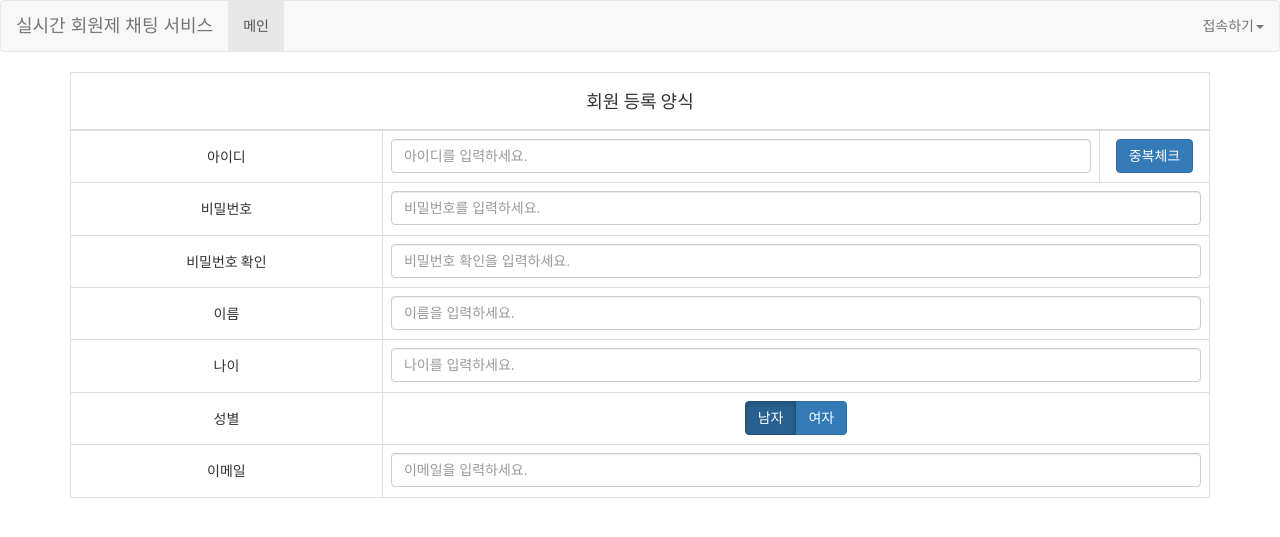
Repository: pojh5090/membership
Page: http://localhost/UserChat/join.jsp
These files come from the project's save history. The page is drawn as it stood at one moment and after the next save; the edit follows.
The browser window is 1280 px wide. The pictures show the whole page.
Some web fonts or font styles are not loaded; a fallback is used. Some web libraries are served in a nearby version. The page is served by Tomcat 9. Nobody is signed in. The application's start-up code is not run. Other server files are loaded and not shown.

Above is the page before, as saved 2020-03-25 06:41:29.

### UserChat/WebContent/join.jsp
<%@ page language="java" contentType="text/html; charset=UTF-8"
    pageEncoding="UTF-8"%>
<!DOCTYPE html>
<html>
<head>
	<meta http-equiv="Content-Type" content="text/html; charset=UTF-8">
	<meta name="viewport" content="width=device-width, initial-scale=1">
	<link rel="stylesheet" href="css/bootstrap.css">
	<link rel="stylesheet" href="css/custom.css">
	<title>JSP Ajax 실시간 회원제 채팅 서비스</title>
	<script src="http://code.jquery.com/jquery-3.1.1.min.js"></script>
	<script src="js/bootstrap.js"></script>
</head>
<body>
	<%
		String userID = null;
		if (session.getAttribute("userID") != null) {
			userID = (String) session.getAttribute("userID");
		}
	%>
	<nav class="navbar navbar-default">
		<div class="navbar-header">
			<button type="collapse" class="navbar-toggle collapsed"
				data-toggle="collapse" data-target="#bs-example-navbar-collapse-1"
				aria-expanded="false">
				<span class="icon-bar"></span>
				<span class="icon-bar"></span>
				<span class="icon-bar"></span>
			</button>
			<a class="navbar-brand" href="index.jsp">실시간 회원제 채팅 서비스</a>
		</div>
		<div class="collapse navbar-collapse" id="#bs-example-navbar-collapse-1">
			<ul class="nav navbar-nav">
				<li class="active"><a href="index.jsp">메인</a>
			</ul>
			<%
				if(userID == null) {
			%>
			<ul class="nav navbar-nav navbar-right">
				<li class="dropdown">
					<a href="#" class="dropdown-toggle"
						data-toggle="dropdown" role="button" aria-haspopup="true"
						aria-expanded="false">접속하기<span class="caret"></span>
					</a>
					<ul class="dropdown-menu">
						<li><a href="login.jsp">로그인</a></li>
						<li><a href="join.jsp">회원가입</a></li>
					</ul>
				</li>
			</ul>
			<%
				} else {
			%>
			<ul class="nav navbar-nav navbar-right">
				<li class="dropdown">
					<a href="#" class="dropdown-toggle"
						data-toggle="dropdown" role="button" aria-haspopup="true"
						aria-expanded="false">회원관리<span class="caret"></span>
					</a>
				</li>
			</ul>
			<%
				}
			%>
			</div>
		</nav>
		<div class="container">
			<form method="post" action="./userRegister"></form>
				<table class="table table-bordered table-hover" style="text-align: center; border: 1px solid #dddddd">
					<thead>
						<tr>
							<td colspan="3"><h4>회원 등록 양식</h4></td>
						</tr>
					</thead>
					<tbody>
						<tr>
							<td sytle="width: 110px;"><h5>아이디</h5>
							<td><input class="form-control" type="text" id="userID" name="userID" maxlength="20" placeholder="아이디를 입력하세요."></td>
							<td style="width: 110px;"><button class="btn btn-primary" onclick="registerCheckFunction();" type="button">중복체크</button>
						</tr>
						<tr>
							<td sytle="width: 110px;"><h5>비밀번호</h5>
							<td colspan="2"><input onkeyup="passwordCheckFunction();" class="form-control" id="userPassword1" type="password" name="userPassword1" maxlength="20" placeholder="비밀번호를 입력하세요."></td>
						</tr>
						<tr>
							<td sytle="width: 110px;"><h5>비밀번호 확인</h5>
							<td colspan="2"><input onkeyup="passwordCheckFunction();" class="form-control" id="userPassword2" type="password" name="userPassword2" maxlength="20" placeholder="비밀번호 확인을 입력하세요."></td>
						</tr>
						<tr>
							<td sytle="width: 110px;"><h5>이름</h5>
							<td colspan="2"><input class="form-control" id="userName" type="text" name="userName" maxlength="20" placeholder="이름을 입력하세요."></td>
						</tr>
						<tr>
							<td sytle="width: 110px;"><h5>나이</h5>
							<td colspan="2"><input class="form-control" id="userAge" type="number" name="userAge" maxlength="20" placeholder="나이를 입력하세요."></td>
						</tr>
						<tr>
							<td sytle="width: 110px;"><h5>성별</h5>
							<td colspan="2">
								<div class="form-group" style="text-align: center; margin: 0 auto;">
									<div class="btn-group" data-toggle="buttons">
										<label class="btn btn-primary active">
											<input type="radio" name="userGender" autocomplete="off" value="남자" checked>남자
										</label>
										<label class="btn btn-primary">
											<input type="radio" name="userGender" autocomplete="off" value="여자">여자
										</label>
									</div>
								</div>
							</td>
						</tr>
						<tr>
							<td sytle="width: 110px;"><h5>이메일</h5>
							<td colspan="2"><input class="form-control" id="userEmail" type="email" name="userEmail" maxlength="20" placeholder="이메일을 입력하세요."></td>
						</tr>
					</tbody>
				</table>
			</form>
		</div>
</body>
</html>

### UserChat/WebContent/css/custom.css
@import url('https://fonts.googleapis.com/css?family=Nanum+Gothic:400,700,800|Noto+Sans+KR:400,500,700,900&display=swap&subset=korean');
* {
	font-family: 'Nanum Gothic', sans-serif;
}
h5 {
	font-family: 'Noto Sans KR', sans-serif;
	fint-size: 15px;
}
h4 {
	font-family: 'Noto Sans KR', sans-serif;
}
h3 {
	font-family: 'Nanum Gothic', sans-serif;
}
h2 {
	font-family: 'Nanum Gothic', sans-serif;
}
h1 {
	font-family: 'Nanum Gothic', sans-serif;
}
/*테이블 관련 디자인 처리 */

thead th {
	background-color: #006DCC;
	color: white;
	text-align: center;
}
tr td:first-child,
tr th:first-child {
	border-top-left-radius: 6px;
	border-bottom-left-radius: 6px;
}
tr td:last-child,
tr th:last-child {
	border-top-right-radius: 6px;
	border-bottom-right-radius: 6px;
}

Loaded but not shown: UserChat/WebContent/css/bootstrap.css (library); UserChat/WebContent/js/bootstrap.js (library)

After the next save:
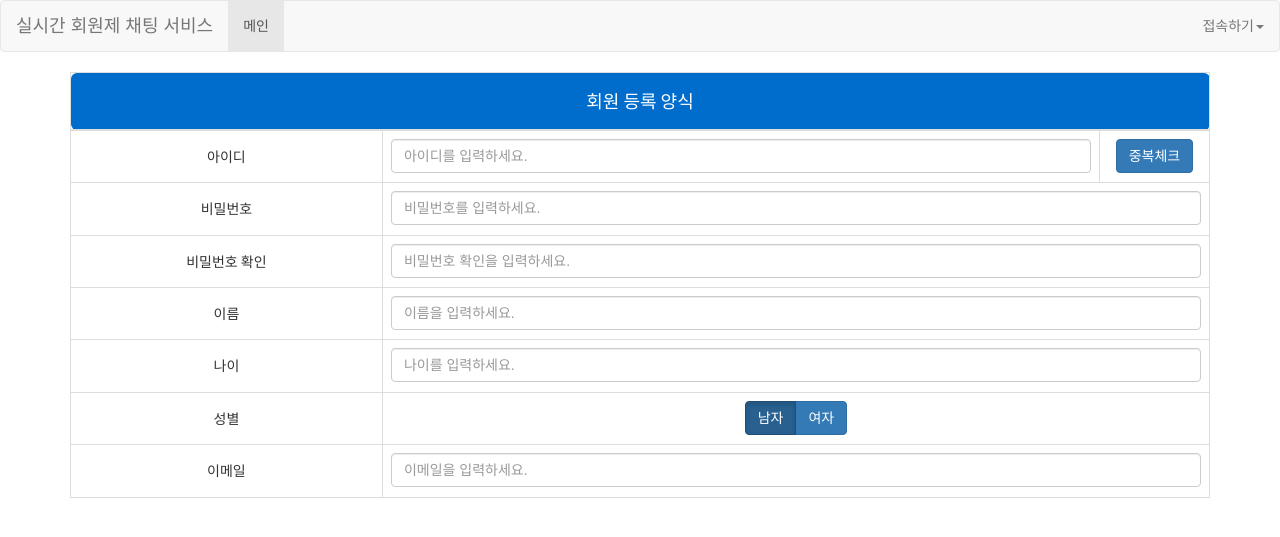
Saved 2 min 14 s later.
--- a/UserChat/WebContent/join.jsp
+++ b/UserChat/WebContent/join.jsp
@@ -69,7 +69,7 @@
 				<table class="table table-bordered table-hover" style="text-align: center; border: 1px solid #dddddd">
 					<thead>
 						<tr>
-							<td colspan="3"><h4>회원 등록 양식</h4></td>
+							<th colspan="3"><h4>회원 등록 양식</h4></th>
 						</tr>
 					</thead>
 					<tbody>
